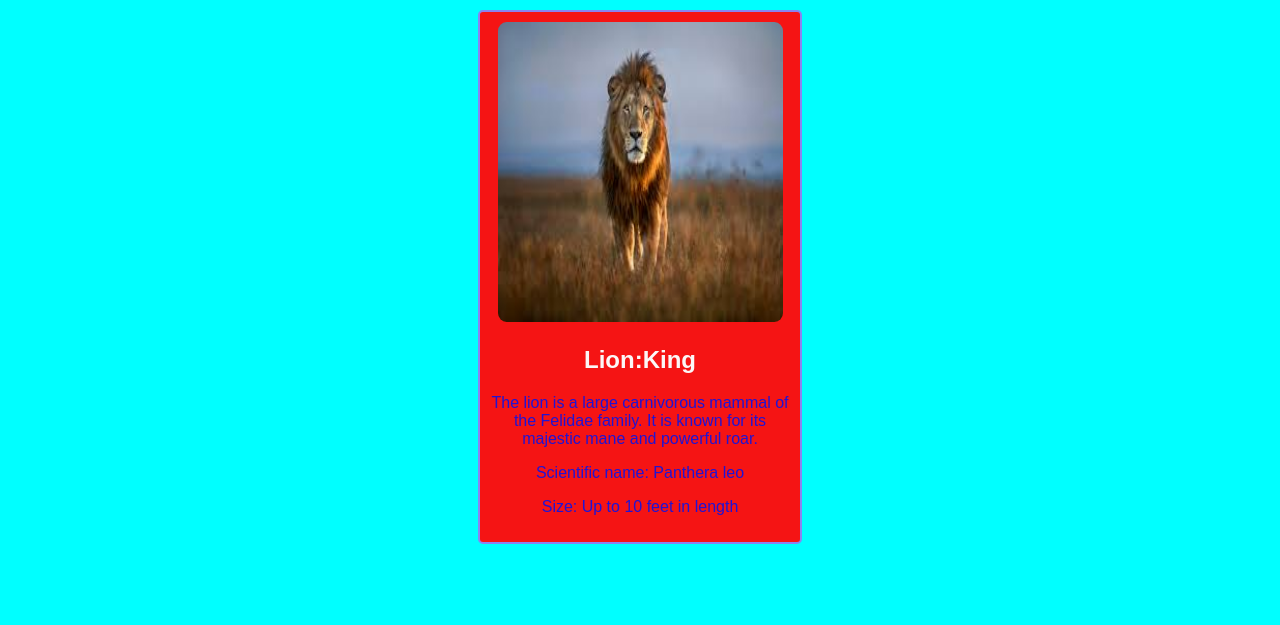
Repository: KingBoyMaylow/Animal-trading-card
Page: index.html
The author's editor kept a copy of each file at every save. The page is drawn from the files as they stood at one save, then again after the next save.
The browser window is 1280 px wide. The pictures show the whole page.

Above is the page before, as saved 2024-05-13 22:15:09.

After the next save:
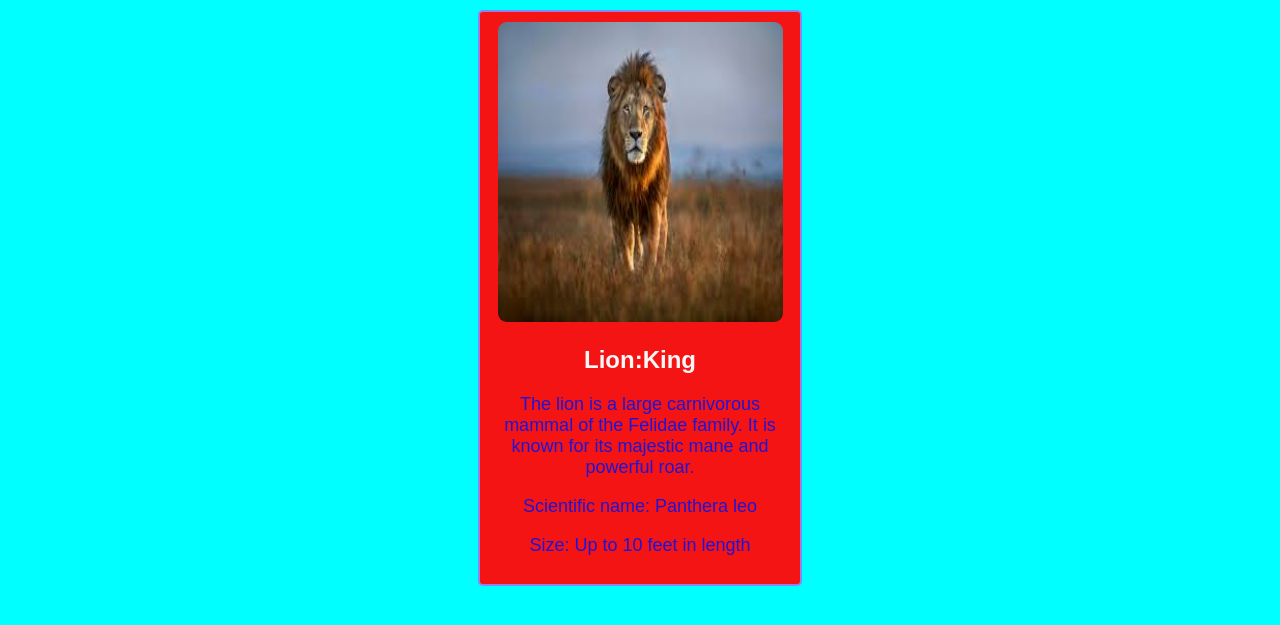
Saved 9 s later.
--- a/index.html
+++ b/index.html
@@ -30,7 +30,7 @@
     }
     .card p {
         color: #2014d4;
-        font-size: ;
+        font-size: large;
     }
 </style>
 </head>
